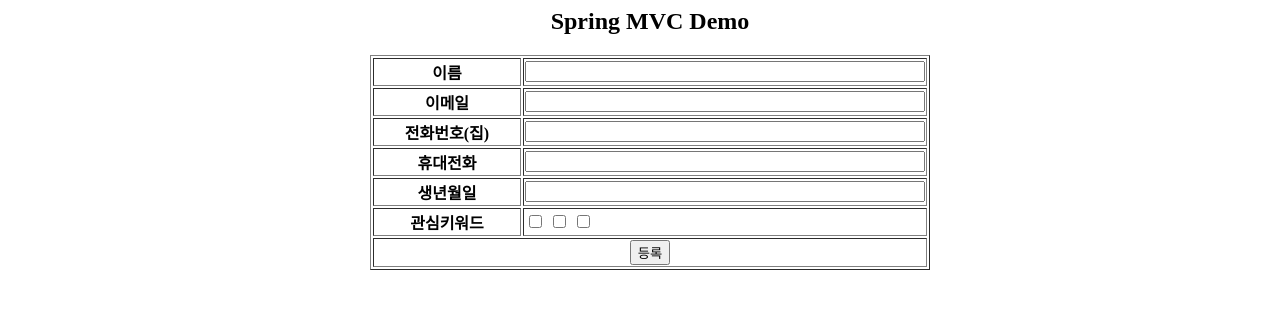
Repository: yeobinJeong/SpringFrameWork
Page: http://localhost/11.spring.mvc4/
An editor plug-in stored every save of this project. The page is shown before and after the next save, followed by the edit.
The browser window is 1280 px wide. The pictures show the whole page.
The page is served by Tomcat 9. Other server files are loaded and not shown.

Above is the page before, as saved 2016-05-18 08:18:54.

### 11.spring.mvc4/src/main/webapp/WEB-INF/views/home.jsp
<%@ page session="false" pageEncoding="UTF-8" %>
<%@ taglib prefix="form"
	uri="http://www.springframework.org/tags/form" %>
<html>
<head>
	<title>Home</title>
</head>
<body>
	<div style="padding-left:20px">
		<h2 style="text-align:center">Spring MVC Demo</h2>
		<form action="demo-one.action" method="post">
		<table border="1" style="width:560px;margin:0 auto">
			<tr>
				<th style="width:150px">이름</th>
				<td><input type="text" name="name" style="width:400px"></td>
			</tr>
			<tr>
				<th style="width:150px">이메일</th>
				<td><input type="text" name="email" style="width:400px"></td>
			</tr>
			<tr>
				<th style="width:150px">전화번호(집)</th>
				<td><input type="text" name="phone.home" style="width:400px"></td>
			</tr>
			<tr>
				<th style="width:150px">휴대전화</th>
				<td><input type="text" name="phone.mobile" style="width:400px"></td>
			</tr>
			<tr>
				<th style="width:150px">생년월일</th>
				<td><input type="text" name="b" style="width:400px"></td>
			</tr>
			<tr>
				<th style="width:150px">관심키워드</th>
				<td>
					<input type="checkbox" value="on" name="tags[0]"/>
					<input type="checkbox" value="on" name="tags[1]"/>
					<input type="checkbox" value="on" name="tags[2]"/>
				</td>
			</tr>
			<tr>
				<td colspan="2" style='text-align:center'>
					<input type="submit" value="등록">
				</td>
			</tr>
		</table>
		</form>
	</div>
</body>
</html>

After the next save:
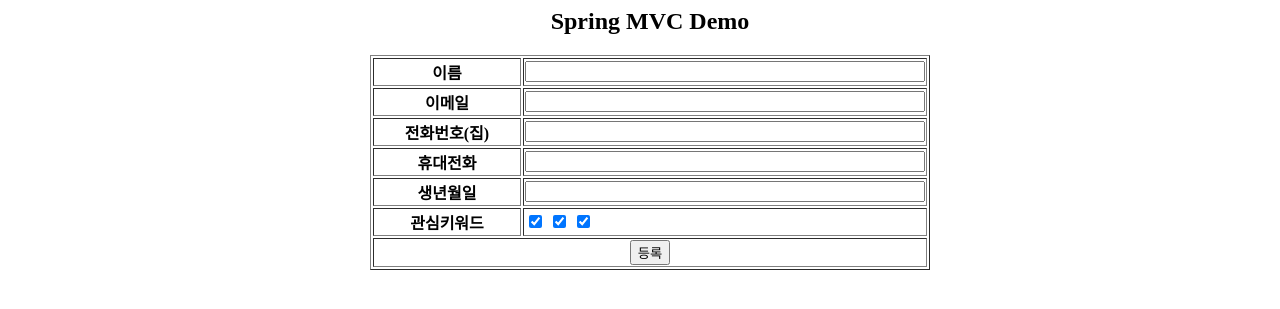
Saved 24 s later.
--- a/11.spring.mvc4/src/main/webapp/WEB-INF/views/home.jsp
+++ b/11.spring.mvc4/src/main/webapp/WEB-INF/views/home.jsp
@@ -33,9 +33,9 @@
 			<tr>
 				<th style="width:150px">관심키워드</th>
 				<td>
-					<input type="checkbox" value="on" name="tags[0]"/>
-					<input type="checkbox" value="on" name="tags[1]"/>
-					<input type="checkbox" value="on" name="tags[2]"/>
+					<input type="checkbox" checked="checked" name="tags[0]"/>
+					<input type="checkbox" checked="checked" name="tags[1]"/>
+					<input type="checkbox" checked="checked" name="tags[2]"/>
 				</td>
 			</tr>
 			<tr>

After the save that followed:
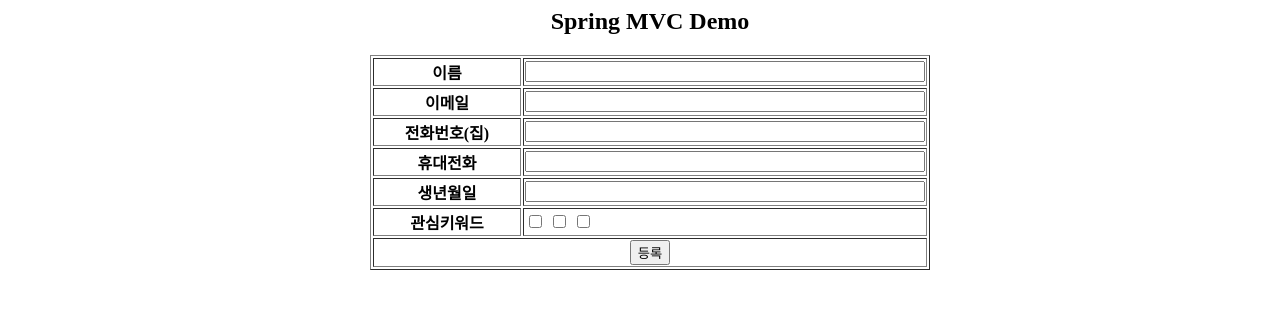
Saved 4 min 22 s later.
--- a/11.spring.mvc4/src/main/webapp/WEB-INF/views/home.jsp
+++ b/11.spring.mvc4/src/main/webapp/WEB-INF/views/home.jsp
@@ -33,9 +33,9 @@
 			<tr>
 				<th style="width:150px">관심키워드</th>
 				<td>
-					<input type="checkbox" checked="checked" name="tags[0]"/>
-					<input type="checkbox" checked="checked" name="tags[1]"/>
-					<input type="checkbox" checked="checked" name="tags[2]"/>
+					<input type="checkbox" name="tags[0]"/>
+					<input type="checkbox" name="tags[1]"/>
+					<input type="checkbox" name="tags[2]"/>
 				</td>
 			</tr>
 			<tr>
